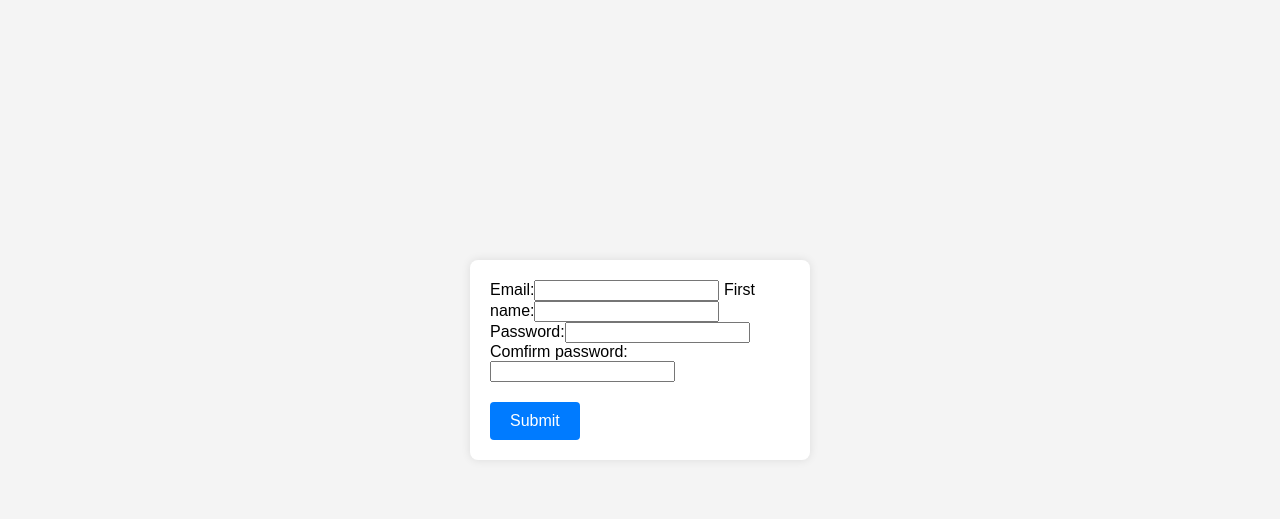
Repository: Ndifoinhilary/authentication
Page: http://localhost/auth/register/
The author's editor kept a copy of each file at every save. The page is drawn from the files as they stood at one save, then again after the next save.
The browser window is 1280 px wide. The pictures show the whole page.
The page is served by the project's application, run on Django 3.2 (manage.py).

Above is the page before, as saved 2024-01-05 08:12:09.

After the next save:
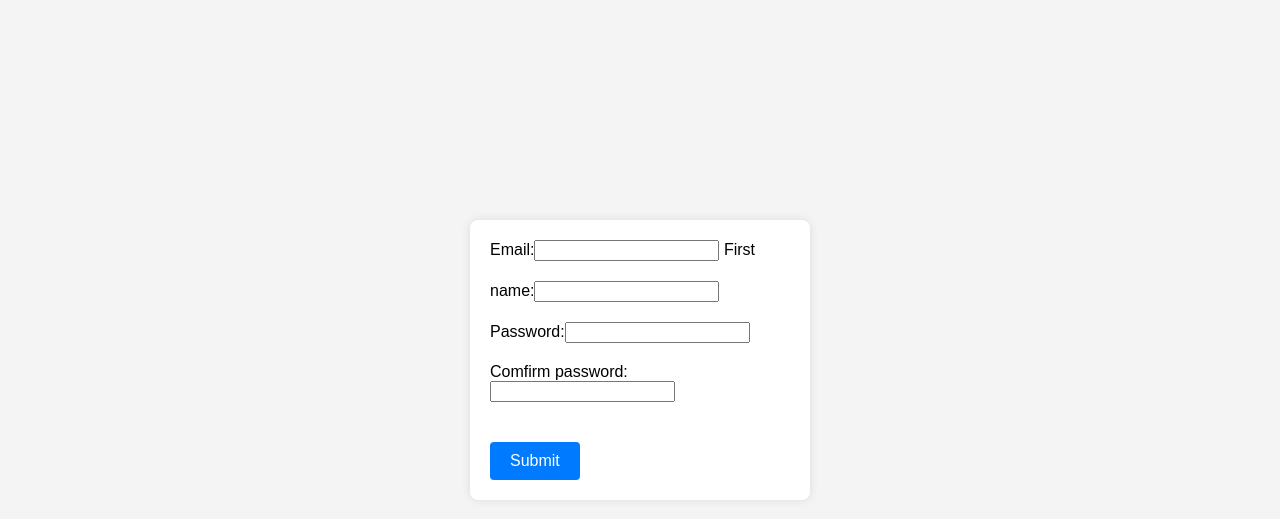
Saved 9 min 2 s later.
--- a/Auth/forms.py
+++ b/Auth/forms.py
@@ -9,6 +9,11 @@ class RegistrationForm(forms.ModelForm):
     class Meta:
         model = User
         fields = ["email", "first_name", "password", "comfirm_password"]
+
+    def __init__(self, *args, **kwargs):
+        super(RegistrationForm, self).__init__(*args, **kwargs)
+        for name, field in self.fields.items():
+            field.widget.attrs.update({"class": "input"})
 
     def clean_comfirm_password(self):
         password = self.cleaned_data.get("password")
